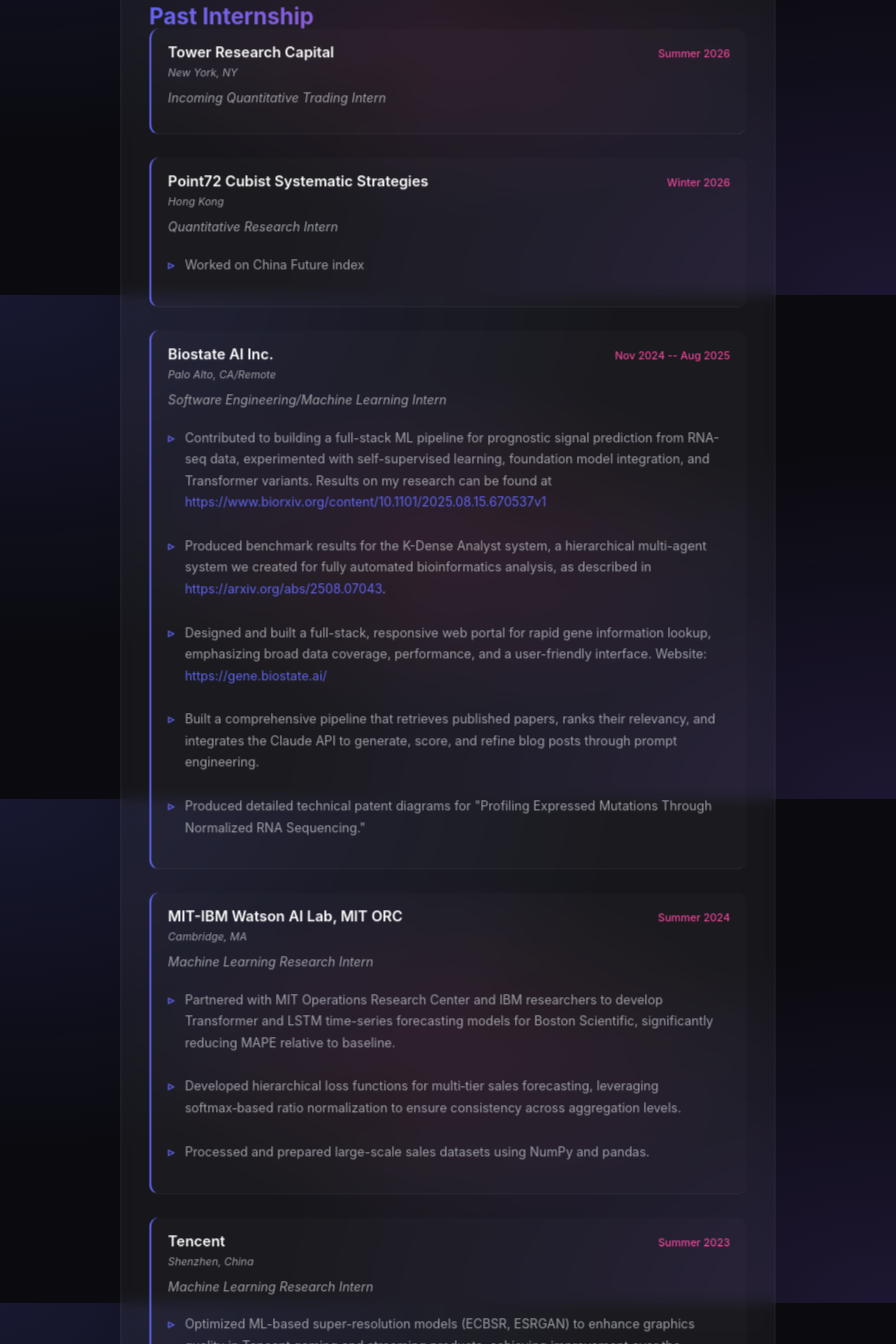
Repository: SummerZ27/personal-website
Page: resume/index.html
These files come from the project's save history. The page is drawn as it stood at one moment and after the next save; the edit follows.
The browser window is 1280 px wide. The pictures show the part of the page from y = 1018 to 2938 px (the page is 4420 px tall before and 4173 px after), at 70% of full size.
Backgrounds fixed to the window are drawn as part of the page.

Above is the page before, as saved 2026-02-13 13:43:48.

### resume/index.html
<!DOCTYPE html>
<html lang="en">
<head>
    <meta charset="UTF-8">
    <meta name="viewport" content="width=device-width, initial-scale=1.0">
    <title>Resume - Summer Zhou</title>
    <link rel="stylesheet" href="../style.css">
</head>
<body>
    <nav>
        <a href="../index.html">Home</a>
        <a href="../projects/index.html">Projects</a>
        <a href="../contact/index.html">Contact</a>
        <a href="index.html" class="current">Resume</a>
        <a href="https://github.com/SummerZ27" target="_blank">GitHub</a>
    </nav>

    <main class="resume-page">
        <div class="resume-header">
            <h1>Resume</h1>
            <a href="../files/resume.pdf" target="_blank" class="pdf-button">PDF Version</a>
        </div>

        <div class="resume-content">
            <section class="resume-heading">
                <div class="heading-info">
                    <h2>Summer Zhou</h2>
                    <div class="contact-info">
                        <p><strong>Email:</strong> <a href="mailto:xzhou27@mit.edu">xzhou27@mit.edu</a></p>
                        <p><strong>Mobile:</strong> +1-475-243-5329</p>
                        <p>Cambridge, MA</p>
                    </div>
                </div>
            </section>

            <section>
                <h2>Education</h2>
                <article>
                    <div class="resume-item-header">
                        <div>
                            <h3>Massachusetts Institute of Technology (MIT)</h3>
                            <p class="location">Cambridge, MA</p>
                        </div>
                        <div class="dates">
                            <time datetime="2023">2023</time> -- <time datetime="2027">2027</time>
                        </div>
                    </div>
                    <p class="degree">Bachelor of Science in Computer Science and Engineering (6-3)</p>
                    <p><strong>Relevant Coursework:</strong> Discrete Math, Probability and Random Variables, Fundamentals of Statistics, Linear Algebra, Differential Equations, Multivariable Calculus, Design and Analysis of Algorithms, Computation Structures, Quantitative Methods for Natural Language Processing, Introduction to C and Assembly, Introduction to Machine Learning, Introduction to Algorithms</p>
                </article>
            </section>

            <section>
                <h2>Past Internship</h2>

                <article>
                    <div class="resume-item-header">
                        <div>
                            <h3>Tower Research Capital</h3>
                            <p class="location">New York, NY</p>
                        </div>
                        <div class="dates">
                            <time datetime="2026-06">Summer 2026</time>
                        </div>
                    </div>
                    <p class="position">Incoming Quantitative Trading Intern</p>
                </article>

                <article>
                    <div class="resume-item-header">
                        <div>
                            <h3>Point72 Cubist Systematic Strategies</h3>
                            <p class="location">Hong Kong</p>
                        </div>
                        <div class="dates">
                            <time datetime="2026-01">Winter 2026</time>
                        </div>
                    </div>
                    <p class="position">Quantitative Research Intern</p>
                    <ul>
                        <li>Worked on China Future index</li>
                    </ul>
                </article>

                <article>
                    <div class="resume-item-header">
                        <div>
                            <h3>Biostate AI Inc.</h3>
                            <p class="location">Palo Alto, CA/Remote</p>
                        </div>
                        <div class="dates">
                            <time datetime="2024-11">Nov 2024</time> -- <time datetime="2025-08">Aug 2025</time>
                        </div>
                    </div>
                    <p class="position">Software Engineering/Machine Learning Intern</p>
                    <ul>
                        <li>Contributed to building a full-stack ML pipeline for prognostic signal prediction from RNA-seq data, experimented with self-supervised learning, foundation model integration, and Transformer variants. Results on my research can be found at <a href="https://www.biorxiv.org/content/10.1101/2025.08.15.670537v1" target="_blank">https://www.biorxiv.org/content/10.1101/2025.08.15.670537v1</a></li>
                        <li>Produced benchmark results for the K-Dense Analyst system, a hierarchical multi-agent system we created for fully automated bioinformatics analysis, as described in <a href="https://arxiv.org/abs/2508.07043" target="_blank">https://arxiv.org/abs/2508.07043</a>.</li>
                        <li>Designed and built a full-stack, responsive web portal for rapid gene information lookup, emphasizing broad data coverage, performance, and a user-friendly interface. Website: <a href="https://gene.biostate.ai/" target="_blank">https://gene.biostate.ai/</a></li>
                        <li>Built a comprehensive pipeline that retrieves published papers, ranks their relevancy, and integrates the Claude API to generate, score, and refine blog posts through prompt engineering.</li>
                        <li>Produced detailed technical patent diagrams for "Profiling Expressed Mutations Through Normalized RNA Sequencing."</li>
                    </ul>
                </article>

                <article>
                    <div class="resume-item-header">
                        <div>
                            <h3>MIT-IBM Watson AI Lab, MIT ORC</h3>
                            <p class="location">Cambridge, MA</p>
                        </div>
                        <div class="dates">
                            <time datetime="2024-06">Summer 2024</time>
                        </div>
                    </div>
                    <p class="position">Machine Learning Research Intern</p>
                    <ul>
                        <li>Partnered with MIT Operations Research Center and IBM researchers to develop Transformer and LSTM time-series forecasting models for Boston Scientific, significantly reducing MAPE relative to baseline.</li>
                        <li>Developed hierarchical loss functions for multi‑tier sales forecasting, leveraging softmax‑based ratio normalization to ensure consistency across aggregation levels.</li>
                        <li>Processed and prepared large-scale sales datasets using NumPy and pandas.</li>
                    </ul>
                </article>

                <article>
                    <div class="resume-item-header">
                        <div>
                            <h3>Tencent</h3>
                            <p class="location">Shenzhen, China</p>
                        </div>
                        <div class="dates">
                            <time datetime="2023-06">Summer 2023</time>
                        </div>
                    </div>
                    <p class="position">Machine Learning Research Intern</p>
                    <ul>
                        <li>Optimized ML-based super-resolution models (ECBSR, ESRGAN) to enhance graphics quality in Tencent gaming and streaming products, achieving improvement over the benchmark in visual quality metrics while reducing inference time.</li>
                        <li>Conducted literature review and research on state-of-the-art super-resolution models to inform optimization strategies.</li>
                    </ul>
                </article>

                <article>
                    <div class="resume-item-header">
                        <div>
                            <h3>Research Science Institute</h3>
                            <p class="location">Cambridge, MA</p>
                        </div>
                        <div class="dates">
                            <time datetime="2022-06">Summer 2022</time>
                        </div>
                    </div>
                    <p class="position">Number Theory Research</p>
                    <ul>
                        <li>Researched in MIT Mathematics Department, investigated "Products of Values of Polynomials in Finite Fields," applying combinatorial and algebraic techniques to derive new theorems.</li>
                    </ul>
                </article>
            </section>

            <section>
                <h2>Awards</h2>
                <ul>
                    <li>2019--2023 USACO (United States of America Computing Olympiad) -- Platinum Division Qualifier</li>
                    <li>2022 NACLO (North America Computational Linguistics Olympiad) -- Invitational Round 19th, 17th in US, 1st in MA</li>
                    <li>2022 Yale Girls in Math -- Individual Top 15</li>
                    <li>2020 ARML China (American Regional Mathematics League with ASDAN China) -- National Individual Top 100</li>
                    <li>2018--2023 American Math Competition -- AIME Qualifier</li>
                </ul>
            </section>

            <section>
                <h2>Skills</h2>
                <ul>
                    <li><strong>Programming Languages:</strong> Python, C++, C, Java, HTML, CSS, React, LaTeX</li>
                    <li><strong>Libraries:</strong> React, TensorFlow, PyTorch, scikit-learn, NumPy, Pandas</li>
                    <li><strong>Additional Skills:</strong> Machine Learning, Natural Language Processing, Computer Vision, App Development, Web Development</li>
                </ul>
            </section>
        </div>
    </main>
</body>
</html>

Loaded but not shown: style.css (691 lines, source omitted)

After the next save:
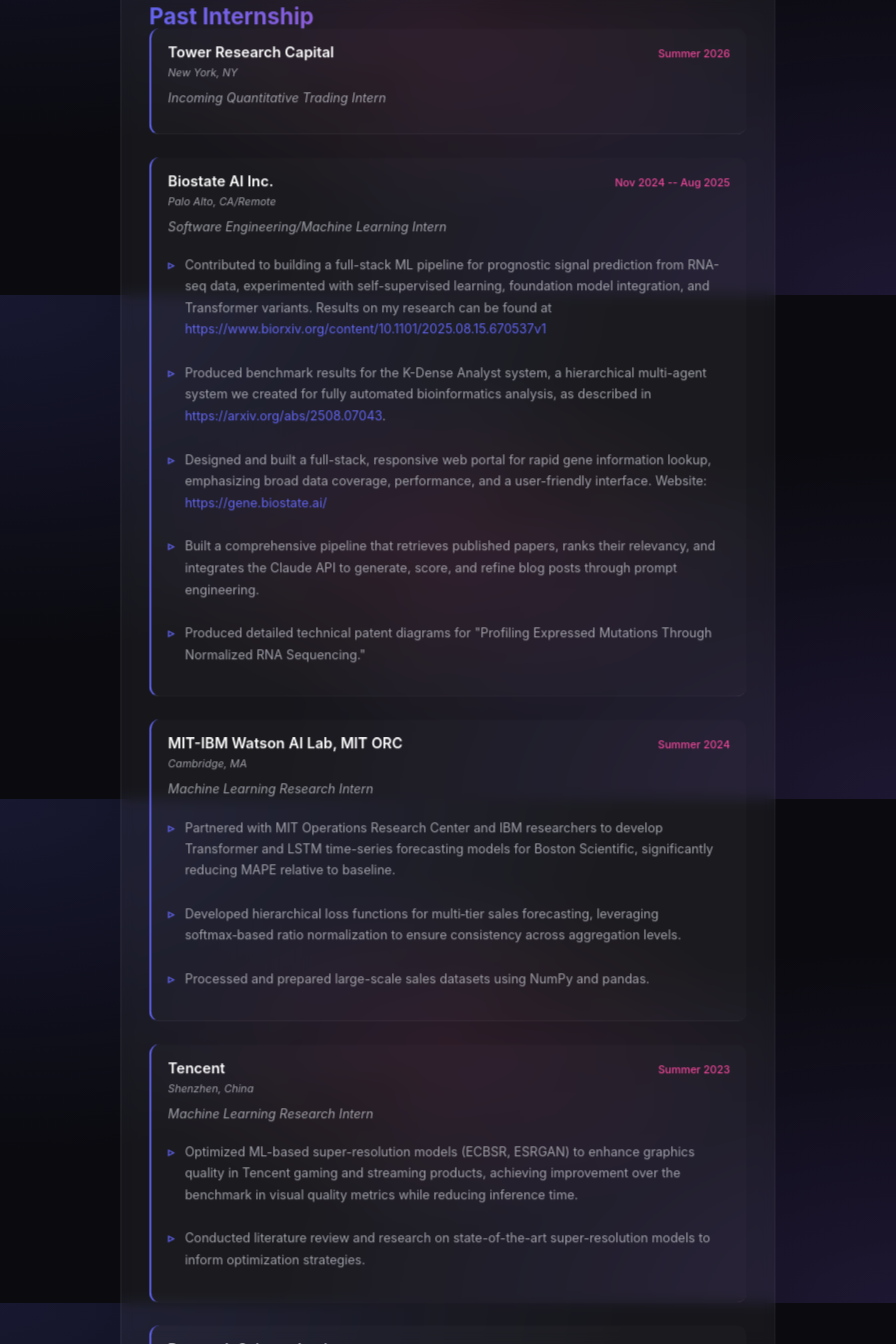
Saved 10 s later.
--- a/resume/index.html
+++ b/resume/index.html
@@ -66,21 +66,7 @@
                     <p class="position">Incoming Quantitative Trading Intern</p>
                 </article>
 
-                <article>
-                    <div class="resume-item-header">
-                        <div>
-                            <h3>Point72 Cubist Systematic Strategies</h3>
-                            <p class="location">Hong Kong</p>
-                        </div>
-                        <div class="dates">
-                            <time datetime="2026-01">Winter 2026</time>
-                        </div>
-                    </div>
-                    <p class="position">Quantitative Research Intern</p>
-                    <ul>
-                        <li>Worked on China Future index</li>
-                    </ul>
-                </article>
+
 
                 <article>
                     <div class="resume-item-header">
